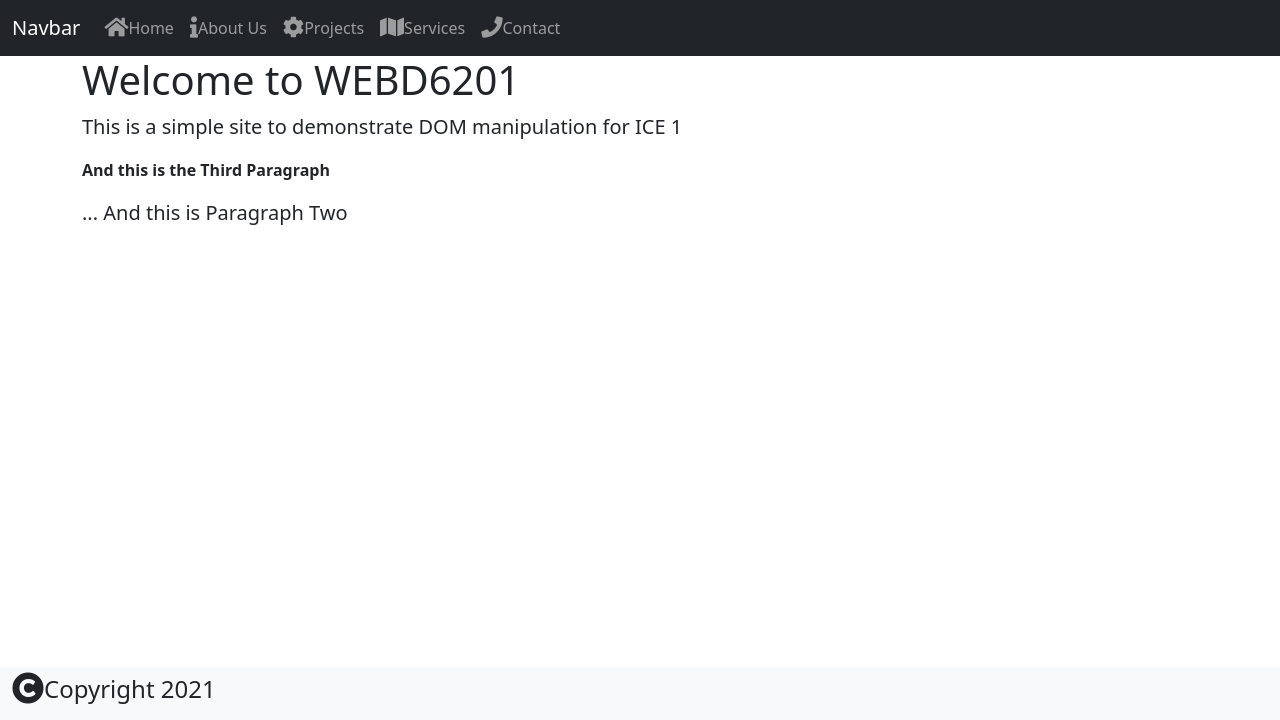
Repository: deividwsantoss/webd6201-W2021-ICE1
Page: Index.html
The author's editor kept a copy of each file at every save. The page is drawn from the files as they stood at one save, then again after the next save.
The browser window is 1280 px wide. The pictures show the whole page.

Above is the page before, as saved 2021-02-02 11:26:17.

After the next save:
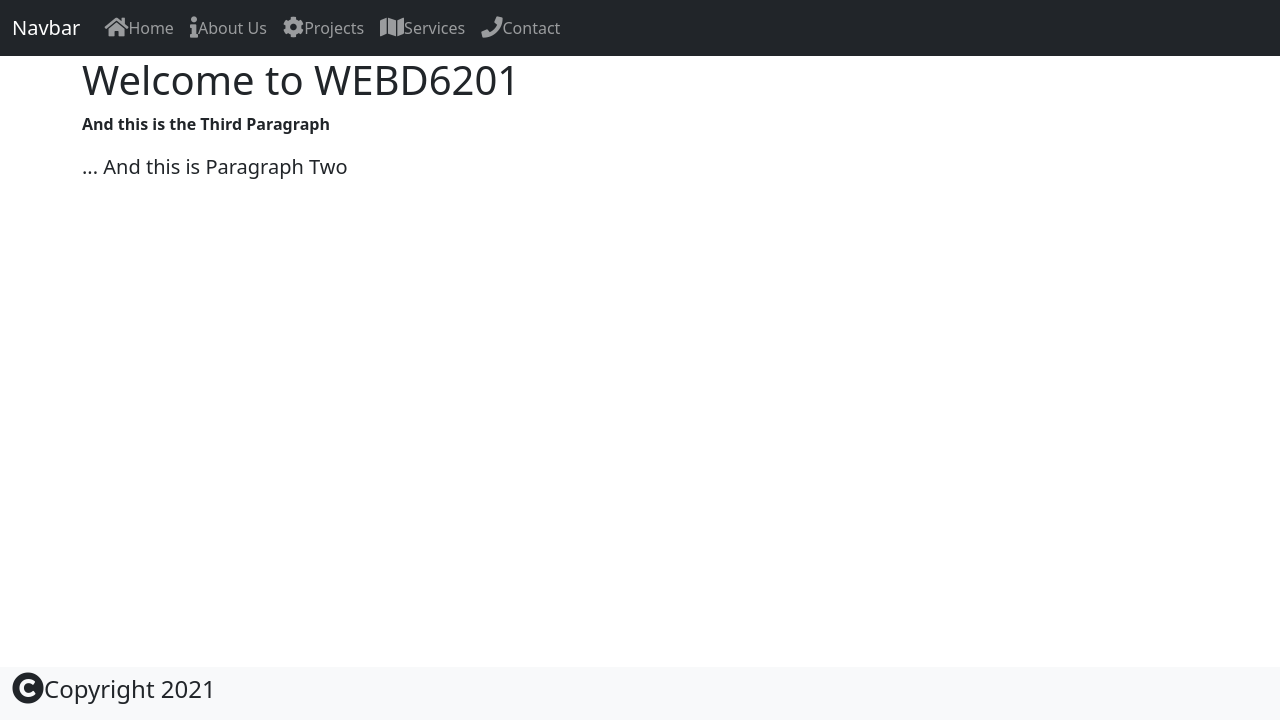
Saved 2 min 19 s later.
--- a/Scripts/app.js
+++ b/Scripts/app.js
@@ -44,6 +44,10 @@
 
         newParagraph.before(paragraphDiv);
 
+        // Deletions
+
+        paragraphOneElement.remove();
+
     }
     window.addEventListener("load", Start);
 

After the 2 saves that followed:
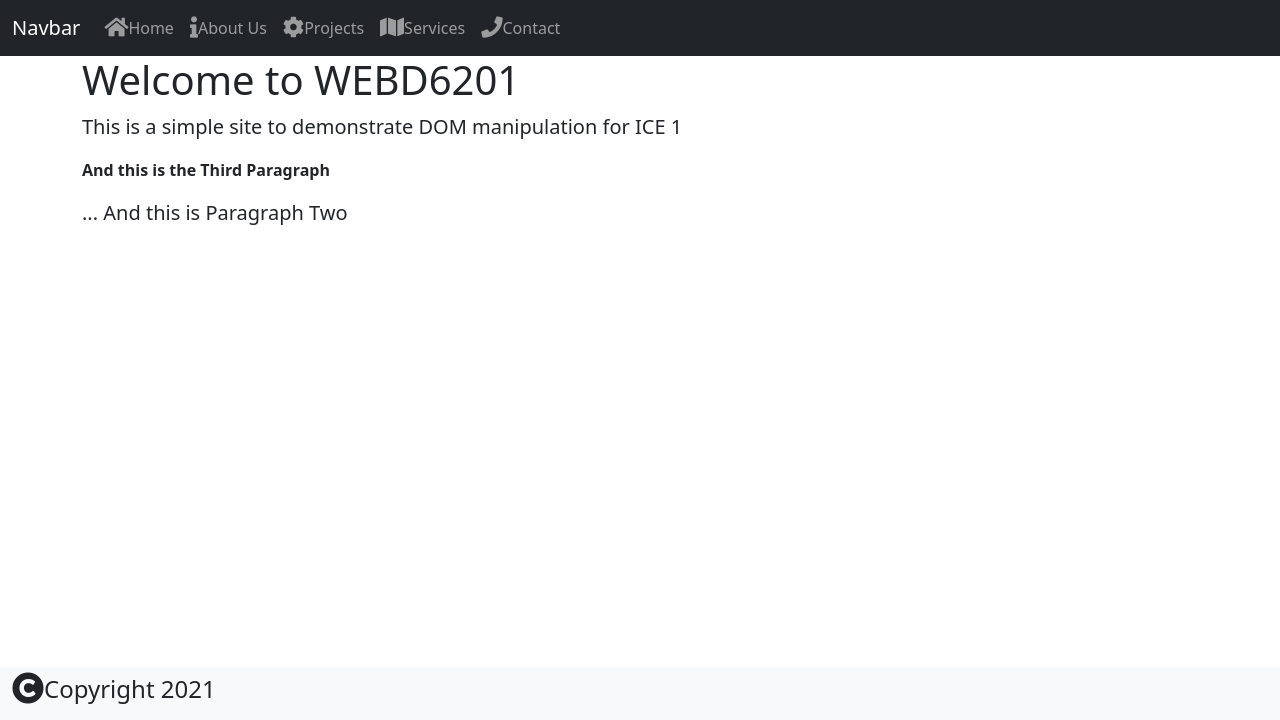
The 2 saves are shown as one change because 1 left the picture as it was.
The last was saved 108 s later.
--- a/Scripts/app.js
+++ b/Scripts/app.js
@@ -46,7 +46,12 @@
 
         // Deletions
 
-        paragraphOneElement.remove();
+        //removing simple element
+        //paragraphOneElement.remove();
+
+        //example of remove child
+        //mainContent.removeChild(paragraphOneElement);
+
 
     }
     window.addEventListener("load", Start);
